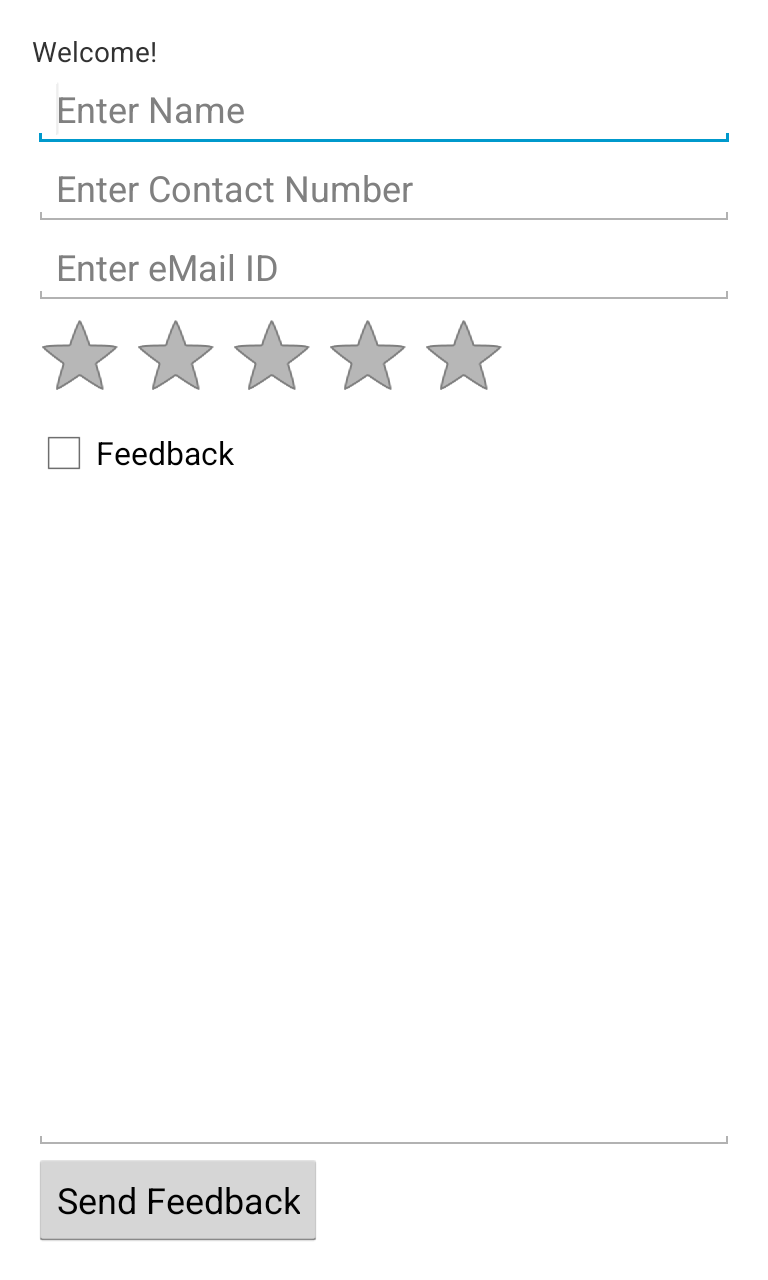
Repository: 12030121070/FeedbackForms
Layout: MT/res/layout/activity_form.xml
These files come from the project's save history. The layout is drawn as it stood at one moment and after the next save; the edit follows.
It is drawn on a 768 x 1280 px phone screen (xhdpi) without system bars, with theme AppTheme; the app's code is not run.

Above is the layout before, as saved 2015-01-28 03:46:13.

After the next save:
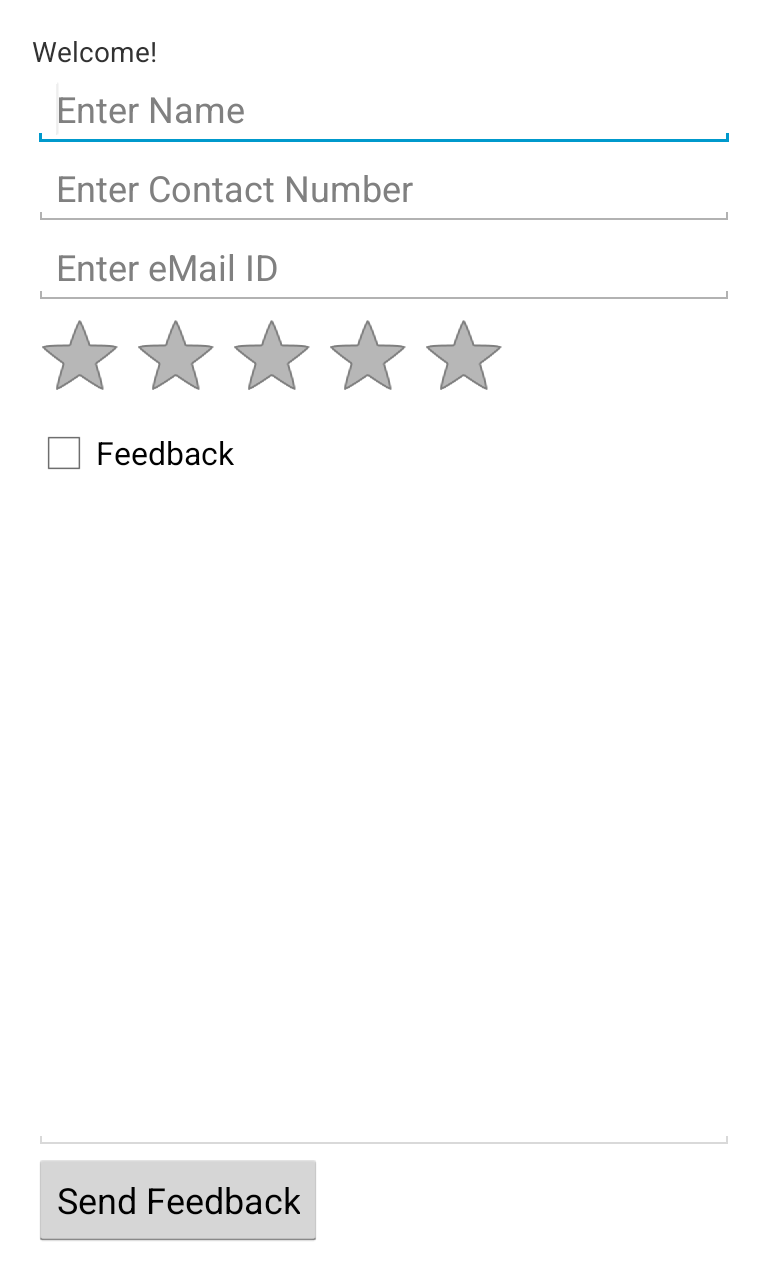
Saved 83 s later.
--- a/MT/res/layout/activity_form.xml
+++ b/MT/res/layout/activity_form.xml
@@ -58,6 +58,7 @@
         android:layout_height="wrap_content"
         android:layout_weight="0.67"
         android:ems="10"
+        android:enabled="false"
         android:inputType="textMultiLine" />
 
     <Button
